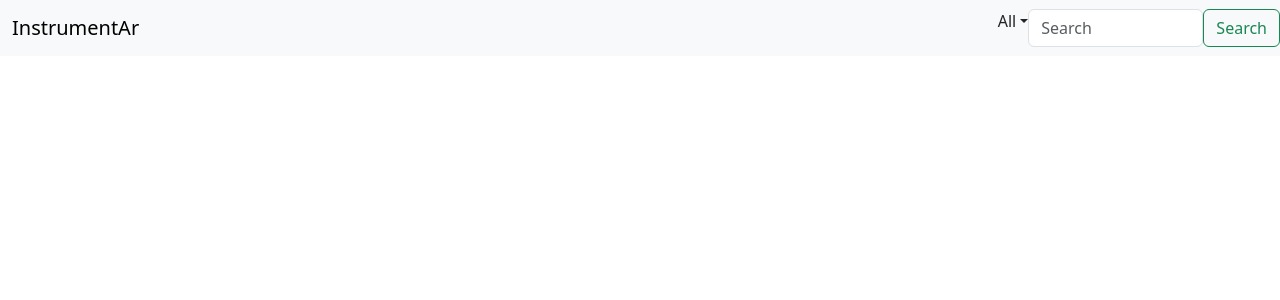
Repository: Meinuel/InstrumentAr
Page: /
These files come from the project's save history. The page is drawn as it stood at one moment and after the next save; the edit follows.
The browser window is 1280 px wide. The pictures show the whole page.
The project was rebuilt for these pictures with package versions that can differ from the ones it lists, and the page was loaded fresh each time.

Above is the page before, as saved 2021-09-13 20:40:09.

After the next save:
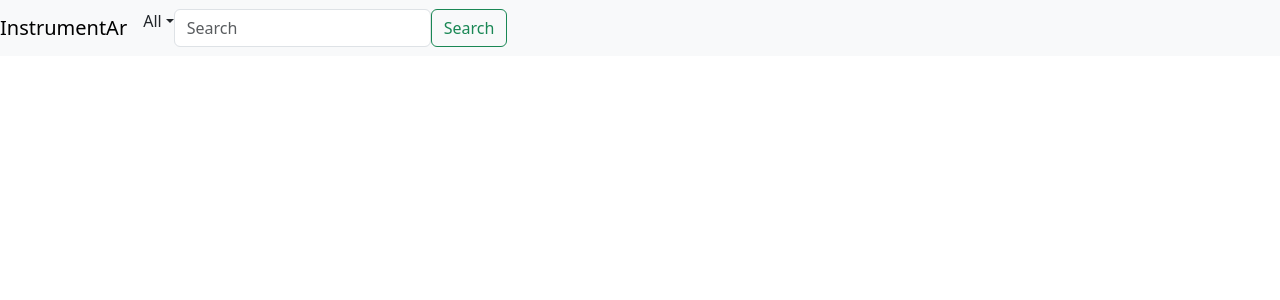
Saved 9 s later.
--- a/src/components/NavBar/NavBar.js
+++ b/src/components/NavBar/NavBar.js
@@ -9,9 +9,7 @@
 const MyNavBar = () => {
     return (
         <Navbar bg="light" variant="light">
-            <Container>
-                <Navbar.Brand href="#home">InstrumentAr</Navbar.Brand>
-            </Container>
+            <Navbar.Brand href="#home">InstrumentAr</Navbar.Brand>
             <Form className="d-flex">
                 <NavDropdown title="All" id="navbarScrollingDropdown">
                     <NavDropdown.Item href="#action3">Guitars</NavDropdown.Item>
